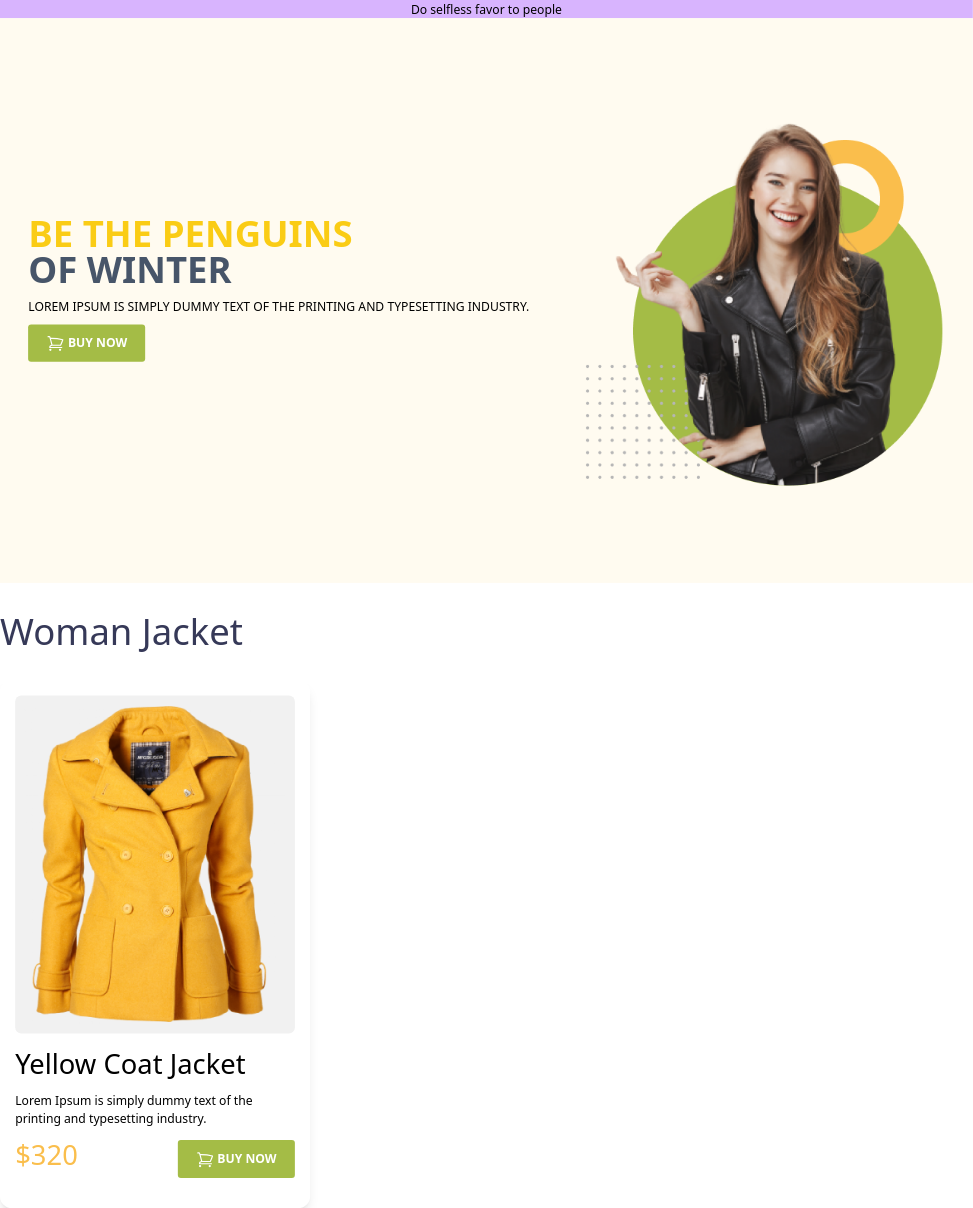
Repository: zjria/penguin-e-commerce-fashion
Page: index.html
These files come from the project's save history. The page is drawn as it stood at one moment and after the next save; the edit follows.
The browser window is 1280 px wide. The pictures show the whole page, at 76% of full size.
Some web libraries are served in a nearby version.

Above is the page before, as saved 2022-10-07 08:33:51.

After the next save:
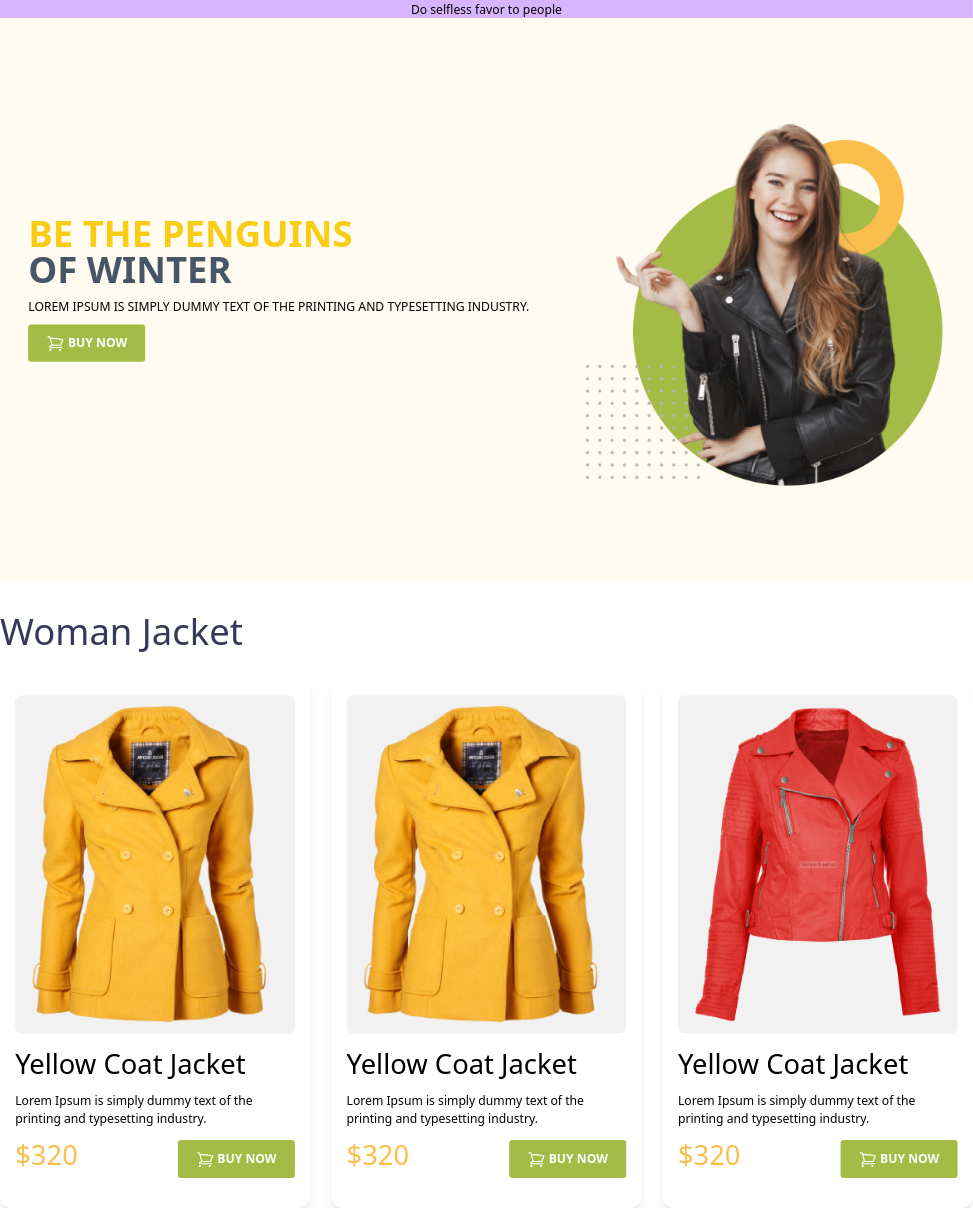
Saved 23 s later.
--- a/index.html
+++ b/index.html
@@ -88,6 +88,52 @@
                         </div>
                     </div>
                 </div>
+                <div class="full_card_bg ">
+                    <div class="rounded-2xl shadow-lg p-5">
+                        <div class="p-3 bg-card_bg rounded-lg">
+                            <img src="images/jacket-1.png" alt="">
+                        </div>
+                        <div class="py-3">
+                            <h3 class="text-4xl py-2">Yellow Coat Jacket</h3>
+                            <p class="py-2">Lorem Ipsum is simply dummy text of the
+                                printing and typesetting industry.</p>
+                            <div class="flex justify-between py-2">
+                                <h3 class="text-4xl text-price_color">$320</h3>
+                                <button
+                                    class="uppercase bg-[#A4BC46] py-3 px-6 text-white font-semibold rounded font-anther_text">
+                                    <svg xmlns="http://www.w3.org/2000/svg" fill="none" viewBox="0 0 24 24"
+                                        stroke-width="1.5" stroke="currentColor" class="w-6 h-6 inline text-white">
+                                        <path stroke-linecap="round" stroke-linejoin="round"
+                                            d="M2.25 3h1.386c.51 0 .955.343 1.087.835l.383 1.437M7.5 14.25a3 3 0 00-3 3h15.75m-12.75-3h11.218c1.121-2.3 2.1-4.684 2.924-7.138a60.114 60.114 0 00-16.536-1.84M7.5 14.25L5.106 5.272M6 20.25a.75.75 0 11-1.5 0 .75.75 0 011.5 0zm12.75 0a.75.75 0 11-1.5 0 .75.75 0 011.5 0z" />
+                                    </svg>
+                                    Buy Now</button>
+                            </div>
+                        </div>
+                    </div>
+                </div>
+                <div class="full_card_bg ">
+                    <div class="rounded-2xl shadow-lg p-5">
+                        <div class="p-3 bg-card_bg rounded-lg">
+                            <img src="images/jacket-3.png" alt="">
+                        </div>
+                        <div class="py-3">
+                            <h3 class="text-4xl py-2">Yellow Coat Jacket</h3>
+                            <p class="py-2">Lorem Ipsum is simply dummy text of the
+                                printing and typesetting industry.</p>
+                            <div class="flex justify-between py-2">
+                                <h3 class="text-4xl text-price_color">$320</h3>
+                                <button
+                                    class="uppercase bg-[#A4BC46] py-3 px-6 text-white font-semibold rounded font-anther_text">
+                                    <svg xmlns="http://www.w3.org/2000/svg" fill="none" viewBox="0 0 24 24"
+                                        stroke-width="1.5" stroke="currentColor" class="w-6 h-6 inline text-white">
+                                        <path stroke-linecap="round" stroke-linejoin="round"
+                                            d="M2.25 3h1.386c.51 0 .955.343 1.087.835l.383 1.437M7.5 14.25a3 3 0 00-3 3h15.75m-12.75-3h11.218c1.121-2.3 2.1-4.684 2.924-7.138a60.114 60.114 0 00-16.536-1.84M7.5 14.25L5.106 5.272M6 20.25a.75.75 0 11-1.5 0 .75.75 0 011.5 0zm12.75 0a.75.75 0 11-1.5 0 .75.75 0 011.5 0z" />
+                                    </svg>
+                                    Buy Now</button>
+                            </div>
+                        </div>
+                    </div>
+                </div>
 
 
             </div>
